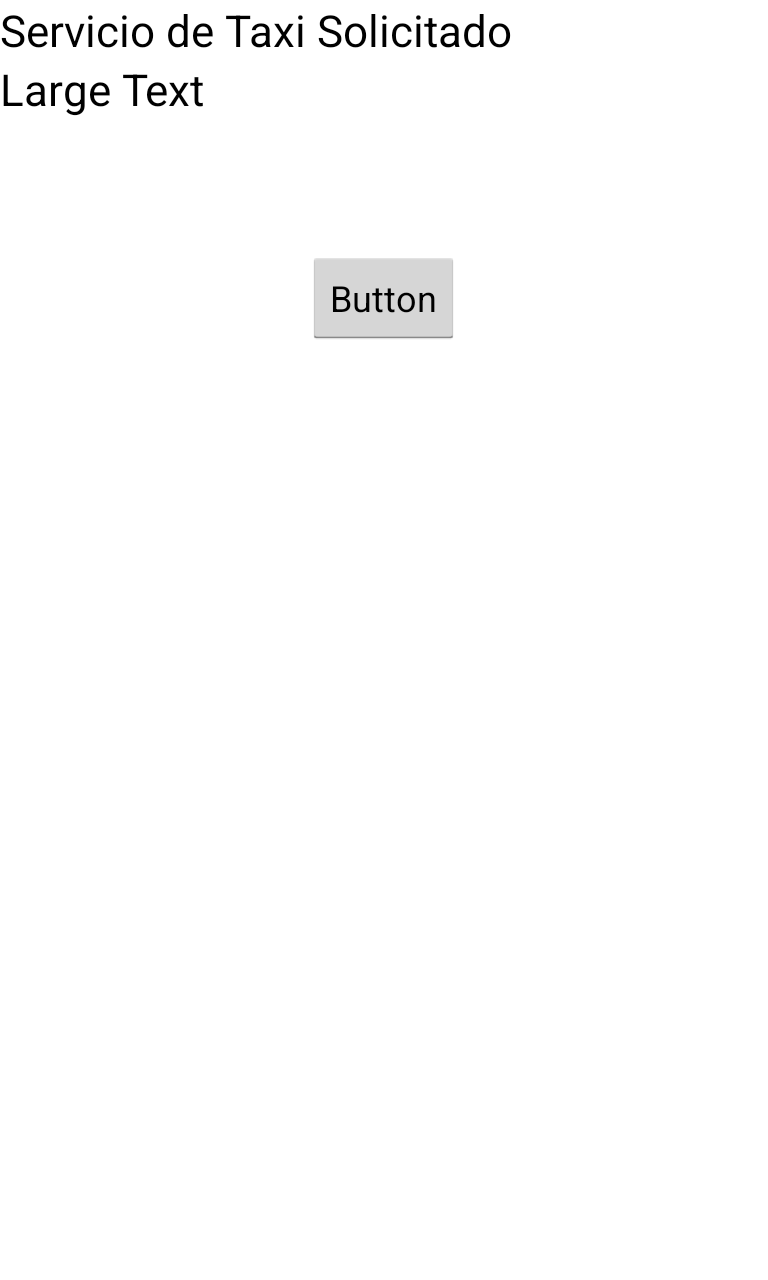
Repository: fernandohur/moviles
Layout: ClienteTaxista/res/layout/activity_confirmar_servicio.xml
An editor plug-in stored every save of this project. The layout is shown before and after the next save, followed by the edit.
It is drawn on a 768 x 1280 px phone screen (xhdpi) without system bars, with theme AppTheme; the app's code is not run.

Above is the layout before, as saved 2013-03-07 14:12:58.

### ClienteTaxista/res/layout/activity_confirmar_servicio.xml
<RelativeLayout xmlns:android="http://schemas.android.com/apk/res/android"
    xmlns:tools="http://schemas.android.com/tools"
    android:layout_width="match_parent"
    android:layout_height="match_parent"
    tools:context=".ConfirmarServicioActivity" >

    <Button
        android:id="@+id/button1"
        android:layout_width="wrap_content"
        android:layout_height="wrap_content"
        android:layout_alignParentTop="true"
        android:layout_centerHorizontal="true"
        android:layout_marginTop="125dp"
        android:text="Button" />

    <TextView
        android:id="@+id/textView1"
        android:layout_width="wrap_content"
        android:layout_height="wrap_content"
        android:layout_alignParentLeft="true"
        android:layout_alignParentTop="true"
        android:text="Servicio de Taxi Solicitado"
        android:textAppearance="?android:attr/textAppearanceLarge" />

    <TextView
        android:id="@+id/txtDireccion"
        android:layout_width="wrap_content"
        android:layout_height="wrap_content"
        android:layout_alignParentLeft="true"
        android:layout_below="@+id/textView1"
        android:text="Large Text"
        android:textAppearance="?android:attr/textAppearanceLarge" />

</RelativeLayout>

Loaded but not shown: ClienteTaxista/res/values/styles.xml (common file); ClienteTaxista/res/values-v11/styles.xml (common file); ClienteTaxista/res/values-v14/styles.xml (common file)

After the next save:
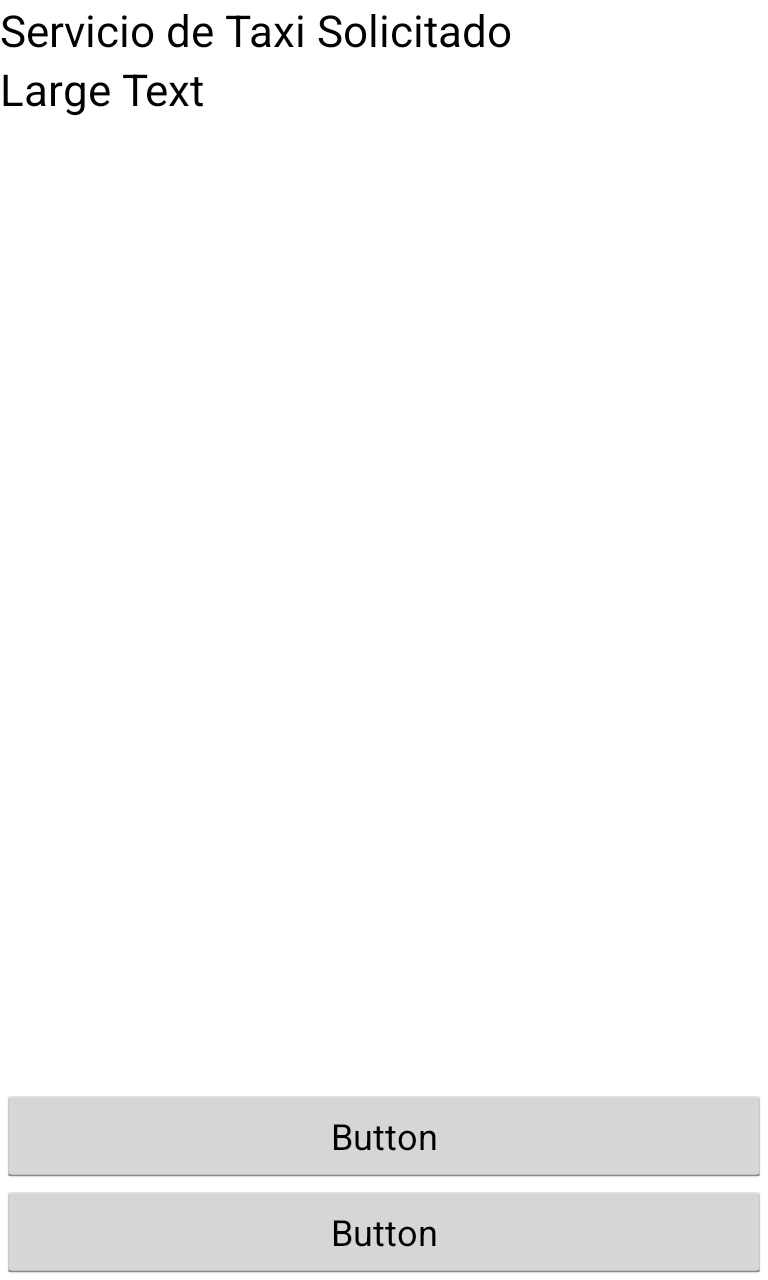
Saved 65 s later.
--- a/ClienteTaxista/res/layout/activity_confirmar_servicio.xml
+++ b/ClienteTaxista/res/layout/activity_confirmar_servicio.xml
@@ -3,15 +3,6 @@
     android:layout_width="match_parent"
     android:layout_height="match_parent"
     tools:context=".ConfirmarServicioActivity" >
-
-    <Button
-        android:id="@+id/button1"
-        android:layout_width="wrap_content"
-        android:layout_height="wrap_content"
-        android:layout_alignParentTop="true"
-        android:layout_centerHorizontal="true"
-        android:layout_marginTop="125dp"
-        android:text="Button" />
 
     <TextView
         android:id="@+id/textView1"
@@ -31,4 +22,22 @@
         android:text="Large Text"
         android:textAppearance="?android:attr/textAppearanceLarge" />
 
+    <Button
+        android:id="@+id/button2"
+        android:layout_width="wrap_content"
+        android:layout_height="wrap_content"
+        android:layout_alignParentBottom="true"
+        android:layout_alignParentLeft="true"
+        android:layout_alignParentRight="true"
+        android:text="Button" />
+
+    <Button
+        android:id="@+id/btnConfirmar"
+        android:layout_width="wrap_content"
+        android:layout_height="wrap_content"
+        android:layout_above="@+id/button2"
+        android:layout_alignParentLeft="true"
+        android:layout_alignParentRight="true"
+        android:text="Button" />
+
 </RelativeLayout>
